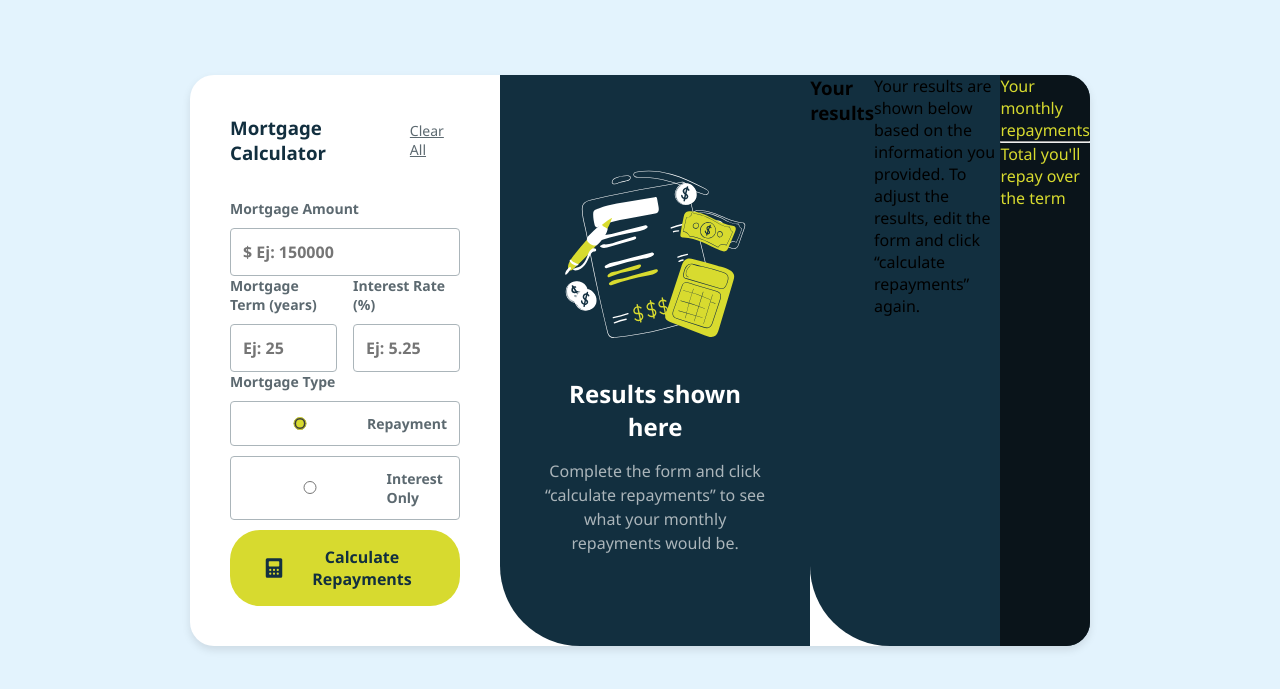
Repository: GravielPV/Mortgage-repayment-calculator
Page: index.html
These files come from the project's save history. The page is drawn as it stood at one moment and after the next save; the edit follows.
The browser window is 1280 px wide. The pictures show the whole page.

Above is the page before, as saved 2025-12-14 15:09:08.

After the next save:
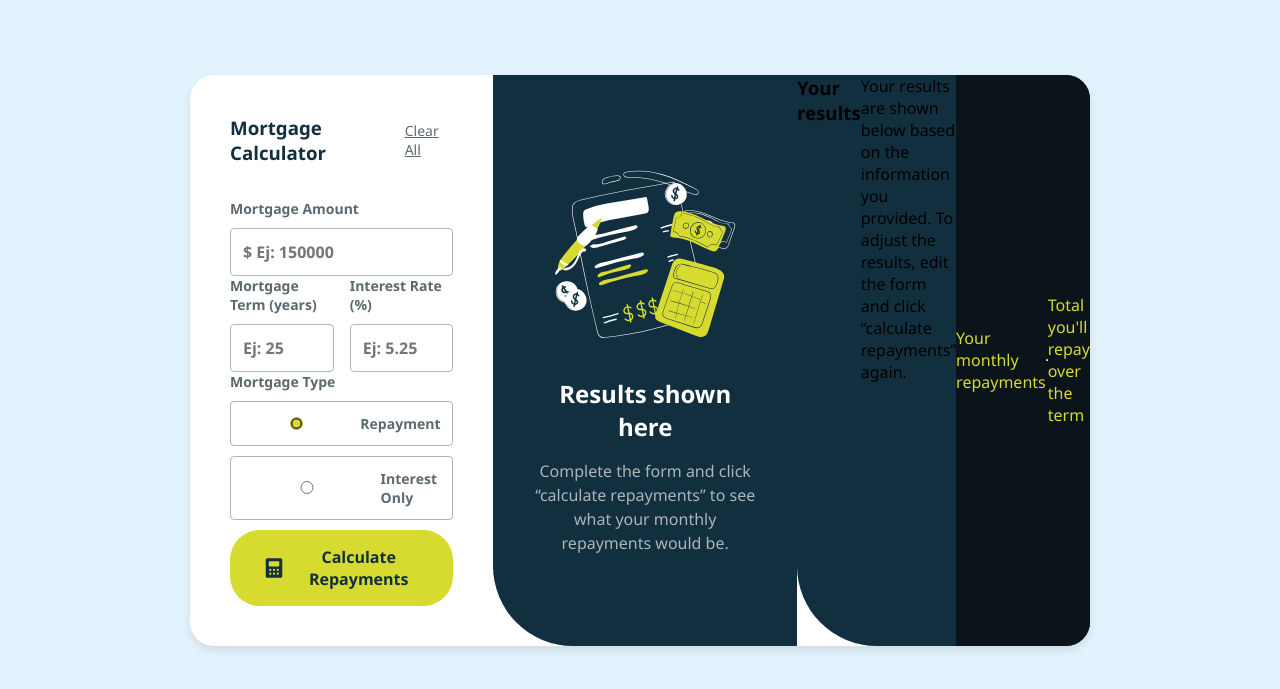
Saved 22 s later.
--- a/styles.css
+++ b/styles.css
@@ -197,6 +197,9 @@
     background-color: hsl(201, 46%, 7%);
     color: hsl(61, 70%, 52%);
     width: 80%;
+    display: flex;
+  justify-content: center; /* horizontal */
+  align-items: center;
 
 
 

After the 3 saves that followed:
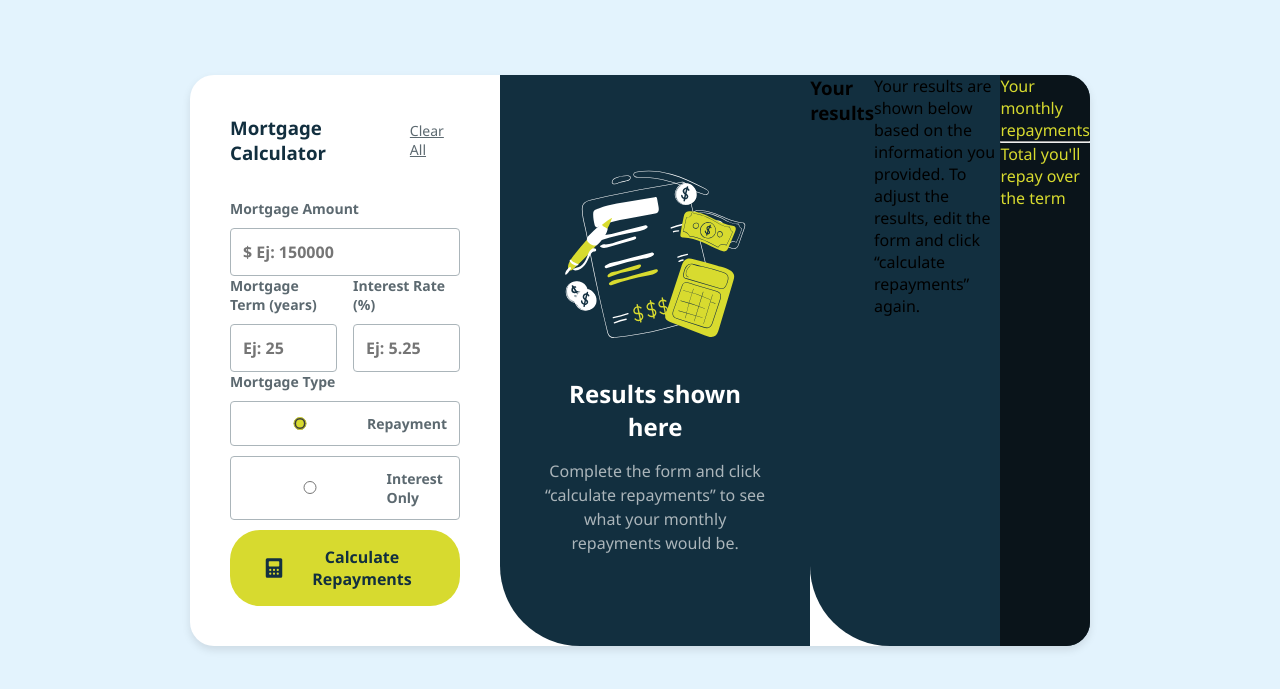
The 3 saves are shown as one change because 1 left the picture as it was and some came seconds apart.
The last was saved 26 s later.
--- a/styles.css
+++ b/styles.css
@@ -197,7 +197,7 @@
     background-color: hsl(201, 46%, 7%);
     color: hsl(61, 70%, 52%);
     width: 80%;
-    display: flex;
+
   justify-content: center; /* horizontal */
   align-items: center;
 
